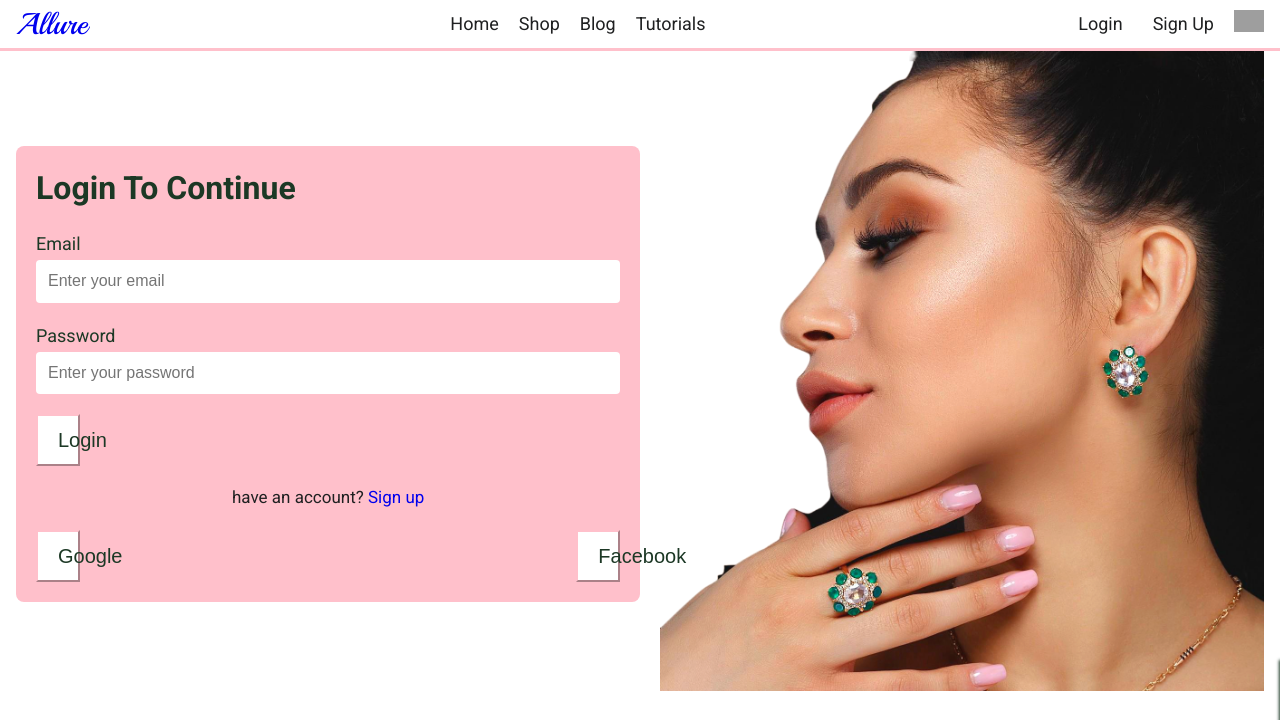
Repository: Benedict-Anthony/Allure-E-commerce-React-Js
Page: /login
An editor plug-in stored every save of this project. The page is shown before and after the next save, followed by the edit.
The browser window is 1280 px wide. The pictures show the whole page.
Pictures or frames that could not be fetched are drawn as grey boxes. The page's requests for data from a server got no answer. The project was rebuilt for these pictures with package versions that can differ from the ones it lists, and the page was loaded fresh each time. No one was signed in, and anything a server would have sent is missing. Also part of the build but not shown: src/App.css, src/css/card.css, src/shared/Card.tsx, src/scripts/landing.ts, src/css/landing.css, src/components/Landing.tsx, src/css/courses.css, src/shared/Course.tsx and 23 more.

Above is the page before, as saved 2023-02-04 04:55:49.

### src/index.css
@import url('https://fonts.googleapis.com/css2?family=Great+Vibes&family=Playball&family=Roboto:wght@300;400;700&display=swap');


:root {
  --primary-color: pink;
  --secondary-color: #1c3825;
  --text-color: #1f2021;
  --basic: #fff;
  --fontSize: 18px;

}


*,
*::after,
*::before {
  padding: 0;
  margin: 0;
  box-sizing: border-box;
  line-height: 1.4em;
  transition: all .3s linear;
  list-style: none;
  text-decoration: none;
}

html {
  scroll-behavior: smooth;
}

body {
  width: 100%;
  background-color: var(--basic);
  color: var(--text-color);
  font-family: 'Roboto', sans-serif;
}

.container {
  padding: 0 1rem;
  overflow: hidden;
  height: auto;
}

.button {
  display: inline-block;
  padding: 10px 20px;
  color: var(--basic);
  margin-top: 20px;
  background-color: var(--secondary-color);
  border: 2px solid var(--fontSize);
  border-radius: 6px;
}

.flex {
  display: flex;
  justify-content: space-between;
  align-items: center;
}

.flex-center {
  justify-content: center;
}

.flex-row {
  flex-direction: column;
}


.swiper {
  width: 100%;
  height: 100%;
}

.swiper-slide {
  text-align: center;
}


.grid {
  display: grid;
  grid-template-columns: repeat(auto-fit, minmax(12rem, 2fr));
  justify-content: space-between;
  align-items: flex-start;
  gap: 20px;
}


.btn {
  display: inline-block;
  background-color: var(--text-color);
  color: var(--basic);
  font-size: 16px;
  font-family: inherit;
  margin-top: 10px;
  border: 1px solid var(--basic);
  padding: 10px 20px;
  border-radius: 8px;
}

.section {
  margin-top: 20px;
}

.togglebar,
.close {
  display: none;
}

.wrapper {
  max-width: 960px;
  margin: 0 auto;
}

.strike {
  text-decoration: line-through;
  color: var(--secondary-color);
  font-size: 10px;
}




@media(max-width:1024px) {
  /* .grid {
    grid-template-columns: repeat(3, 1fr);
  } */
}


@media(max-width:768px) {

  .container {
    padding: 0 1.3rem;
    overflow: hidden;
    height: auto;
  }

  /* .flex {
    flex-direction: column;
  } */

  /* .grid {
    grid-template-columns: repeat(2, 1fr);
  } */


  /* .togglebar,
  .close {
    display: block;
  } */
}

@media(max-width:500px) {

  /* .flex {
    display: grid;
    grid-template-columns: 1fr 1fr;
  } */

  .grid {
    grid-template-columns: 1fr 1fr;
  }
}

### src/App.tsx
import React from 'react';
import './App.css';
import { BrowserRouter, Routes, Route } from "react-router-dom"
import { ProductProvider } from './contexts/ProductContext';


import Home from './pages/Home';
import Shop from './pages/Shop';
import Header from './components/Header';
import { LessonProvider } from './contexts/LessonContext';
import Tutorials from './pages/Tutorials';
import ProductDetail from './pages/ProductDetail';
import CourseDetail from './pages/CourseDetail';
import Login from './pages/Login';
import SignIn from './pages/SignIn';
import Account from './pages/Account';
import ButtonNav from './components/ButtonNav';

function App() {
  return (
    <BrowserRouter>
      <LessonProvider>
        <ProductProvider>
          <Header />
          <Routes>
            <Route path={"/"} element={<Home />} />
            <Route path='/login' element={<Login />} />
            <Route path='/sign-in' element={<SignIn />} />
            <Route path='/account' element={<Account />} />
            <Route path={"/shop"} element={<Shop />} />
            <Route path={"/tutorials"} element={<Tutorials />} />
            <Route path={"/product/:slug"} element={<ProductDetail />} />
            <Route path={"/course/:slug"} element={<CourseDetail />} />
          </Routes>
          <ButtonNav />
        </ProductProvider>
      </LessonProvider>
    </BrowserRouter>
  );
}

export default App;

### src/contexts/ProductContext.tsx
import React from "react"
import { createContext,  useReducer, useEffect } from 'react';
import { childrenProps, ProductContextInterface } from "../types/contextTypes"
import { initialProductInterface } from "../types/reducerTypes"
import { productReducer } from "../reducers/productReducers";
import getData from "../utils/fetchFunc";
import { ProductType } from "../reducers/productReducers";
import { LessonType } from "../reducers/lessonReducer";


const ProductContext = createContext({} as ProductContextInterface)

export const ProductProvider = ({ children }: childrenProps) => {
    const initialState: initialProductInterface = {
        products: [],
        lessonAssets:[],
        product:{},
        isFetching: true,
        rltd:[]
    }
    const [state, dispatch] = useReducer(productReducer, initialState)
    const fetchProductData = async () => {
        const data = await getData("products")
        dispatch({type:ProductType.LOAD_PRODUCTS, payload:data})
    }

    const getSingleProduct = async (slug:number | string | undefined) => {
        const data = await getData("products", slug)
        const rltdData = await getData(`products/${slug}/category`)
        dispatch({type:ProductType.LOAD_PRODUCT_DETAIL, payload:data, others:rltdData})
    }

   const getLessonAssets = async (slug : string | undefined) => {
       const data = await getData(`lessons/${slug}/assets`)
       dispatch({type:LessonType.LOAD_LESSON_DETAIL_ASSETS, others:data})
   }

    useEffect(() => {
        fetchProductData()
    },[])
    return (

        <ProductContext.Provider value={{
            data: state,

            getSingleProduct,
            getLessonAssets,
        }}>
        {children}
    </ProductContext.Provider>
        )
}


export default ProductContext

### src/components/Header.tsx
import React, { useState } from 'react'
import { FaBars, FaTimes } from 'react-icons/fa'
import { Link } from 'react-router-dom'
import { Navigations } from '../scripts/topNavItems';
import cart from "../assets/cart.png";
import "../css/header.css"

const Header = () => {
  const [activeMenu, setActiveMenu] = useState(false)

  return (
    <header>
      <div className="container">
        <nav className="nav__items">
          <div className="logo">
            <Link to={"/"}>Allure</Link>
          </div>

          <ul className={`nav_links flex ${activeMenu && "active"} `}>
            {Navigations.map((item) => (
              <li key={item.id}>
                {item.page ? <Link to={`/${item.to}`}>{item.name}</Link> : <a href={`#${item.to}`}>{item.name}</a>}
              </li>
            ))}
            <FaTimes className="close" onClick={() => setActiveMenu(false)} />
          </ul>

          <ul className="nav_icons">

            <li><Link to={"login"}>Login</Link></li>
            <li><Link to={"sign-in"}>Sign Up</Link></li>
            <div className="cart">
              <img src={cart} alt="" />

            </div>
            <FaBars className="togglebar" onClick={() => setActiveMenu(true)} />
          </ul>
        </nav>
      </div>
    </header>
  )
}

export default Header

### src/contexts/LessonContext.tsx
import { createContext, useEffect, useReducer } from "react";
import lessonReducer from "../reducers/lessonReducer";
import { initialLessonInterface } from '../types/reducerTypes';
import { childrenProps, LessonContextInterface } from '../types/contextTypes';
import getData from "../utils/fetchFunc";
import { LessonType } from '../reducers/lessonReducer';
const LessonContext = createContext({} as LessonContextInterface)

export const LessonProvider = ({ children }: childrenProps) => {
    const initialState:initialLessonInterface = {
        lessons:[],
        count: 0,
        lesson:{}
    }

    const [state, dispatch] = useReducer(lessonReducer, initialState)

    async function fetchLessonData() {
        const data = await getData("lessons")
        dispatch({type:LessonType.LOAD_LESSONS, payload:data})
    }

    const getLessonDetails = async (slug:string |undefined) => {
        const data = await getData(`lessons/${slug}`)
        dispatch({ type:LessonType.LOAD_LESSON_DETAIL, payload:data})
    }

    useEffect(() => {
      fetchLessonData()
    },[])
    return (
        <LessonContext.Provider value={{
            data:state,
            getLessonDetails
            }}>
            {children}
        </LessonContext.Provider>
    )
}

export default LessonContext

### src/pages/Login.tsx
import React, { FormEvent } from 'react'
import { Link } from "react-router-dom"
import loginModel from "../assets/model.png";
import "../css/login.css"
import Button from '../shared/Button';
import useForm from "../hooks/useForm"


const Login = () => {
  const { handleAccount, reset, loginData } = useForm("")

  const handleSubmit = (e: FormEvent<HTMLFormElement>) => {
    e.preventDefault()
    console.log(loginData)
    reset()
  }
  return (
    <section className='container'>
      <main className="login">
        <form action="" className='form' onSubmit={handleSubmit}>
          <h3>Login to continue</h3>
          <div className="form-group">
            <label htmlFor="">Email</label>
            <input type="text" placeholder='Enter your email' name="email" onChange={handleAccount} />
          </div>
          <div className="form-group">
            <label htmlFor="">Password</label>
            <input type="password" placeholder='Enter your password' name='password' onChange={handleAccount} />
          </div>
          <Button type='submit'>Login</Button>
          <div className="login_or_sigh-up">
            have an account? <Link to={"/sign-in"}>Sign up</Link>
          </div>

          <div className='social'>
            <Button type='submit'>Google</Button>
            <Button type='submit'>Facebook</Button>
          </div>
        </form>
        <div className="model">
          <img src={loginModel} alt="" />
        </div>
      </main>

    </section>
  )
}

export default Login

### src/components/ButtonNav.tsx
import React from 'react'
import { AiOutlineHome, AiOutlineUser } from "react-icons/ai"
import { BiShoppingBag, BiLogIn } from "react-icons/bi"
import { MdOutlinePlayLesson } from "react-icons/md"
import { GrBlog } from "react-icons/gr"
import { Link } from 'react-router-dom'




const ButtonNav = () => {
    window.addEventListener("scroll", () => {
        if (window.scrollY) {
            document.querySelector(".nav__bottom")?.classList.add("active__nav")
        } else {
            document.querySelector(".nav__bottom")?.classList.remove("active__nav")

        }
    })
    return (
        <nav className="nav__bottom">
            <ul>
                <li><Link to={"/"}><AiOutlineHome /></Link></li>
                <li><Link to={"/shop"}><BiShoppingBag /></Link></li>
                <li><Link to={"/tutorials"}><MdOutlinePlayLesson /></Link></li>
                <li><Link to={"/blog"}><GrBlog /></Link></li>
                <li><Link to={"/account"}><AiOutlineUser /></Link></li>
            </ul>
        </nav>
    )
}

export default ButtonNav

### src/reducers/productReducers.tsx
import { actionInterface, initialProductInterface } from "../types/reducerTypes";
import { LessonType } from "./lessonReducer";
export const ProductType = {
    LOAD_PRODUCTS: "LOAD_PRODUCTS",
    LOAD_PRODUCT_DETAIL:"LOAD_PRODUCT_DATAIL"
}
export const productReducer = (state:initialProductInterface, action:actionInterface) => {
    switch (action.type) {
        case ProductType.LOAD_PRODUCTS:
            return {
                ...state,
                products: action.payload,
                isFetching:false,
            }
        case ProductType.LOAD_PRODUCT_DETAIL:
            return {
                ...state,
                product: action.payload,
                rltd:action.others
            }
        case LessonType.LOAD_LESSON_DETAIL_ASSETS:
            return {
                ...state,
                lessonAssets:action.others
            }
        default:
            return state
    }
}

### src/utils/fetchFunc.tsx
const getData = async (endpoint: string, slug?: number | string | null) => {
    if (slug) {
        const response = await fetch(`http://127.0.0.1:8000/api/${endpoint}/${slug}`)
        const data = await response.json()
        return data
    } else {
        const response = await fetch(`http://127.0.0.1:8000/api/${endpoint}/`)
        const data = await response.json()
        return data
    }

}


export default getData

### src/reducers/lessonReducer.tsx
import { initialLessonInterface, actionInterface } from '../types/reducerTypes';

export const LessonType = {
    LOAD_LESSONS: "LOAD_LESSONS",
    LOAD_LESSON_DETAIL:"LOAD_DETAILS",
    LOAD_LESSON_DETAIL_ASSETS:"LOAD_LESSON_DETAIL_ASSETS"
}

const lessionReducer = (state:initialLessonInterface, action:actionInterface) => {
    switch (action.type) {
        case LessonType.LOAD_LESSONS:
            return {
                ...state,
                lessons:action.payload,
                count:1
            }
        case LessonType.LOAD_LESSON_DETAIL:
            return {
                ...state,
                lesson:action.payload
            }

        default:
            return state
    }
}


export default lessionReducer

### src/scripts/topNavItems.ts
export const Navigations = [
    {
        id: 1,
        name: "home",
        to: "",
        page: true,
    },
    // {
    //     id: 2,
    //     name: "courses",
    //     to: "courses",
    //     page: false,

    // },
    // {
    //     id: 3,
    //     name: "arrivals ",
    //     to: "products",
    //     page: false,

    // },
    {
        id: 4,
        name: "shop",
        to: "shop",
        page: true,
    },

    {
        id: 5,
        name: "blog",
        to: "blog",
        page: true,

    },
    {
        id: 6,
        name: "tutorials",
        to: "tutorials",
        page: true,


    },
]


export const Courses = [
    {
        id: 1,
        name: "courses",
        count: 100
    },

    {
        id: 2,
        name: "student",
        count: 150
    },

    {
        id: 3,
        name: "experience Tutors",
        count: 100
    },

    {
        id: 4,
        name: "beauty project",
        count: 200
    },
]

### src/css/header.css
header {
    padding: 3px 0px;
    /* background-color: var(--primary-color); */
    border-bottom: 3px solid var(--primary-color);
    /* osition: fixed;
    top: 0;
    width: 100%;
    z-index: 10;p */
}

header nav {
    display: flex;
    justify-content: space-between;
    align-items: center;
}

header nav .logo {
    font-size: 30px;
    /* font-family: 'Great Vibes', cursive;
     */
    font-family: 'Playball', cursive;
}

header nav li {
    position: relative;
    margin: 0 10px;
}

header nav li::after {
    content: '';
    width: 0;
    height: 2px;
    background: linear-gradient(to right, var(--secondary-color), var(--primary-color));
    position: absolute;
    bottom: 0;
    left: 0;
}

header nav li:hover::after {
    width: 100%;
}

header nav ul li a {
    color: var(--text-color);
    font-size: var(--fontSize);
    text-transform: capitalize;
}

header .cart {
    width: 30px;
}

header .cart img {
    width: 100%;
}



.nav_icons {
    display: flex;
    align-items: center;
    justify-content: space-around;
    column-gap: 10px;
}



.nav_icons svg {
    color: var(--secondary-color);
    font-size: 20px;
    margin: 0 2px;
}


.nav__bottom {
    display: block;
    width: 100%;
    margin: auto;
    margin-top: 40px;
    position: fixed;
    bottom: 0;
    left: 100%;
    background-color: var(--basic);
    padding: 15px 0;
    box-shadow: 3px 4px 3px 4px var(--secondary-color);
}

.nav__bottom ul {
    display: flex;
    align-items: center;
    justify-content: center;
}

.nav__bottom ul li {
    margin: 0 15px;
}

.nav__bottom ul li svg {
    color: var(--secondary-color);
    font-size: 1.5rem;
    font-weight: 700;
}

@media(max-width:768px) {
    header nav .nav_links {
        position: absolute;
        top: -100vh;
        right: 0;
        width: 80%;
        background-color: var(--basic);
        border-left: 3px solid var(--primary-color);
        height: 100vh;
        z-index: 10;
        justify-content: flex-start;
        align-items: flex-start;
        gap: 25px;
        padding-left: 50px;
        padding-top: 50px;
        display: none;

    }

    .nav_icons li {
        display: none;
    }

    header nav .nav_links.active {
        top: 0;
    }

    .close {
        position: absolute;
        top: 7px;
        left: .6rem;
        font-weight: 100;
        font-size: 25px;
        color: var(--secondary-color);
    }

    .nav__bottom {
        left: 0;
    }

    .active__nav {
        bottom: -160px
    }

}

### src/shared/Button.tsx
import React from 'react'
import { ReactNode } from "react"

import "../css/button.css"
type ButtonProps = {
    children:ReactNode,
    type:"button" | "submit",
    hanldleOnclick?: () => void
}
const Button = ({children, type, hanldleOnclick}:ButtonProps) => {
  return (
    <button type={type} onClick={hanldleOnclick}> {children} </button>
  )
}

export default Button

### src/css/login.css
.login {
    display: flex;
    justify-content: space-between;
    align-items: center;
    /* margin-top: 20px; */
    column-gap: 20px;
}

.login :is(.form, .model) {
    width: 100%;
}

.login .form {
    background-color: var(--primary-color);
    border-radius: 8px;
    padding: 20px;
    width: 100%;
}

.login .form h3 {
    color: var(--secondary-color);
    font-size: 32px;
    text-transform: capitalize;
}

.w-50 {
    display: flex;
    column-gap: 20px;
}

.login .form .form-group {
    width: 100%;
    display: flex;
    align-items: flex-start;
    justify-content: flex-start;
    flex-direction: column;
    margin: 20px 0;
}

.login .form .form-group label {
    color: var(--secondary-color);
    font-size: 18px;
}

.login .form .form-group input {
    padding: 10px 12px;
    margin-top: 4px;
    border: 0;
    outline: 0;
    width: 100%;
    font-size: 16px;
    border-radius: 4px;
}

.login_or_sigh-up {
    text-align: left;
    margin-top: 20px;
    font-size: 17px;
    text-align: center;
}

.login .form .social {
    display: flex;
    justify-content: space-between;
    align-items: center;
    gap: 20px;
}

.login .form :is(button) {
    width: 40px;
    font-size: 20px;
}

.login .model img {
    width: 100%;
    max-height: 40rem;
    object-fit: cover;
    object-position: top;
}




@media(max-width:946px) {
    .login {
        display: flex;
        justify-content: center;
        align-items: center;
        margin-top: 20px;
    }

    .login .model {
        display: none;
    }
}

@media(max-width:480px) {
    .w-50 {
        flex-flow: column;
        gap: 0;
    }
}

### src/hooks/useForm.tsx
import { ChangeEvent, useState } from "react"

type createAccountType = {
    firstName: string
    lastName: string
    email: string
    password: string
    passwordcomfirm: string
}
const useForm = (value: string) => {
    const [createAccount, setCreateAccount] = useState<createAccountType>({
        firstName: value,
        lastName: value,
        email: value,
        password: value,
        passwordcomfirm: value

    })

    const reset = () => {
        setCreateAccount({
            firstName: value,
            lastName: value,
            email: value,
            password: value,
            passwordcomfirm: value
        })
    }
    const handleAccount = (event: ChangeEvent<HTMLInputElement>) => {
        setCreateAccount({ ...createAccount, [event.target.name]: event.target.value })
    }


    const loginData = { email: createAccount.email, password: createAccount.password }

    return { createAccount, handleAccount, reset, loginData }

}

export default useForm

### src/css/button.css
button {
    display: block;
    margin-top: 20px;
    padding: 10px 20px;
    color: var(--secondary-color);
    background-color: var(--basic);
    border: 2px outset var(--primary-color)
}

button:hover {
    transform: scale(.98);
    transition: .4s cubic-bezier(0.165, 0.84, 0.44, 1);
    cursor: pointer;
    /* z-index: 10; */
}

@media(max-width:700px) {
    button {
        width: 100%;
    }
}

Loaded but not shown: public/index.html (common file); src/index.tsx (common file)

After the next save:
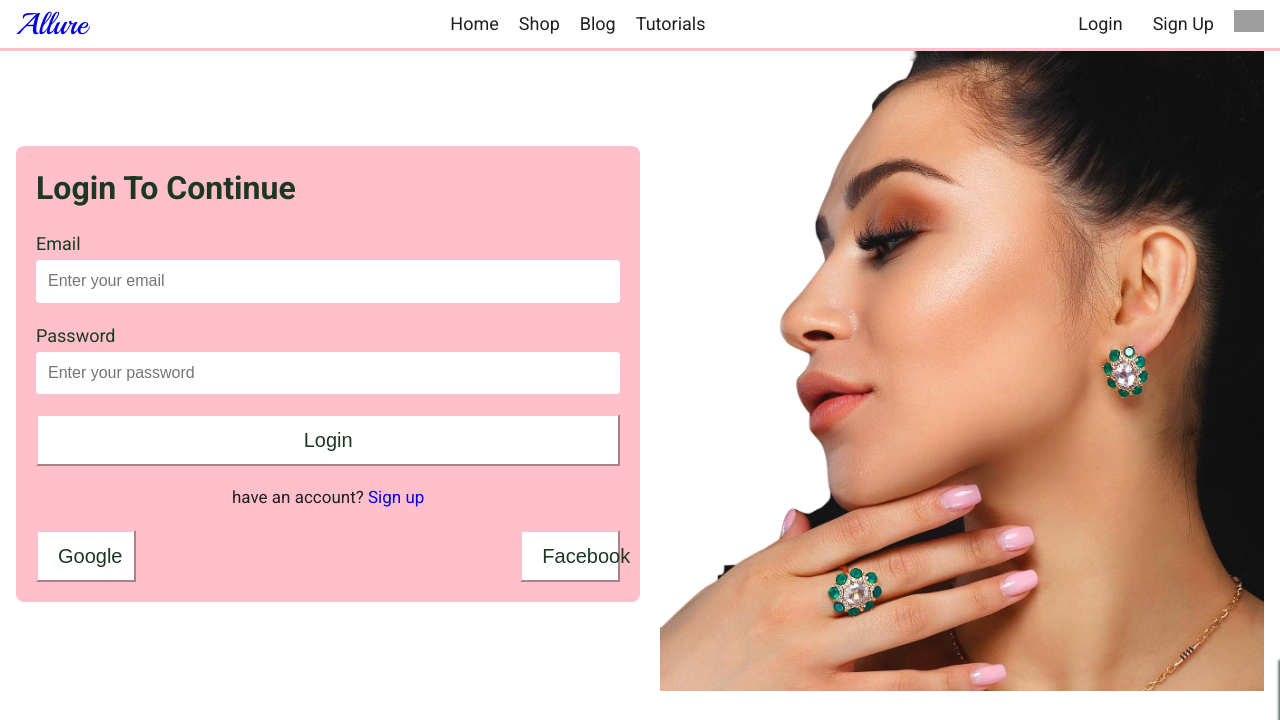
Saved 73 s later.
--- a/src/css/login.css
+++ b/src/css/login.css
@@ -66,8 +66,13 @@
     gap: 20px;
 }
 
+
+.login .form .social button {
+    width: 100px;
+}
+
 .login .form :is(button) {
-    width: 40px;
+    width: 100%;
     font-size: 20px;
 }
 
